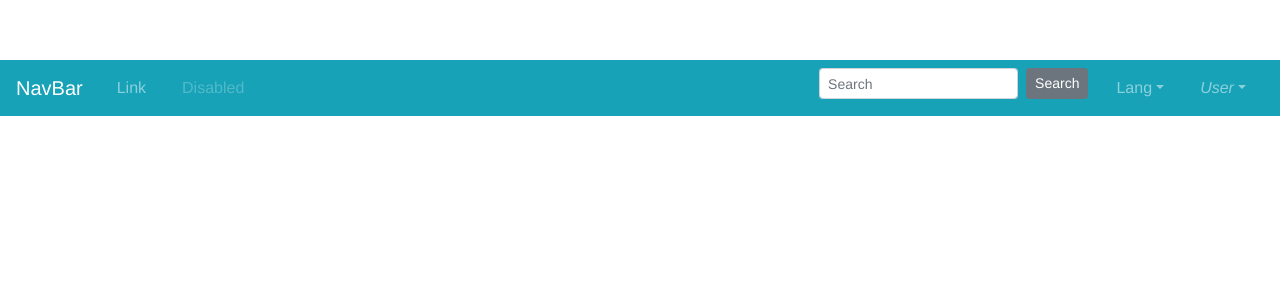
Repository: Funnyrz/vue-nav
Page: /
The author's editor kept a copy of each file at every save. The page is drawn from the files as they stood at one save, then again after the next save.
The browser window is 1280 px wide. The pictures show the whole page.
The project was rebuilt for these pictures with package versions that can differ from the ones it lists, and the page was loaded fresh each time.

Above is the page before, as saved 2020-08-24 22:38:15.

After the next save:
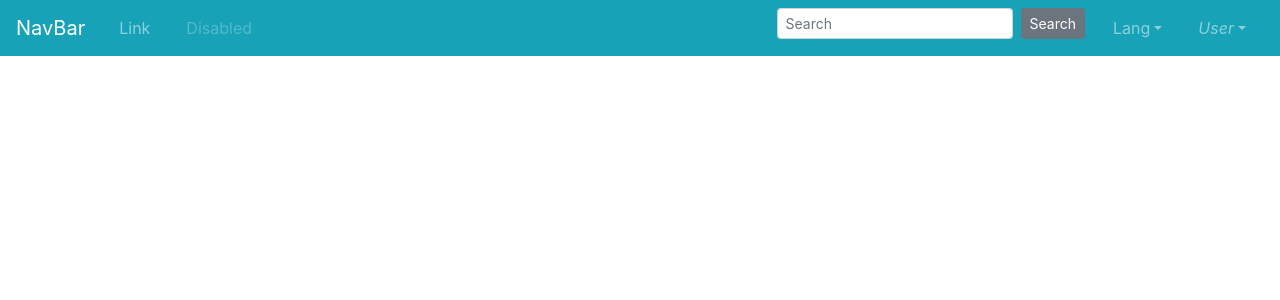
Saved 6 s later.
--- a/src/App.vue
+++ b/src/App.vue
@@ -16,12 +16,4 @@ export default {
 </script>
 
 <style>
-#app {
-  font-family: "Avenir", Helvetica, Arial, sans-serif;
-  -webkit-font-smoothing: antialiased;
-  -moz-osx-font-smoothing: grayscale;
-  text-align: center;
-  color: #2c3e50;
-  margin-top: 60px;
-}
 </style>
